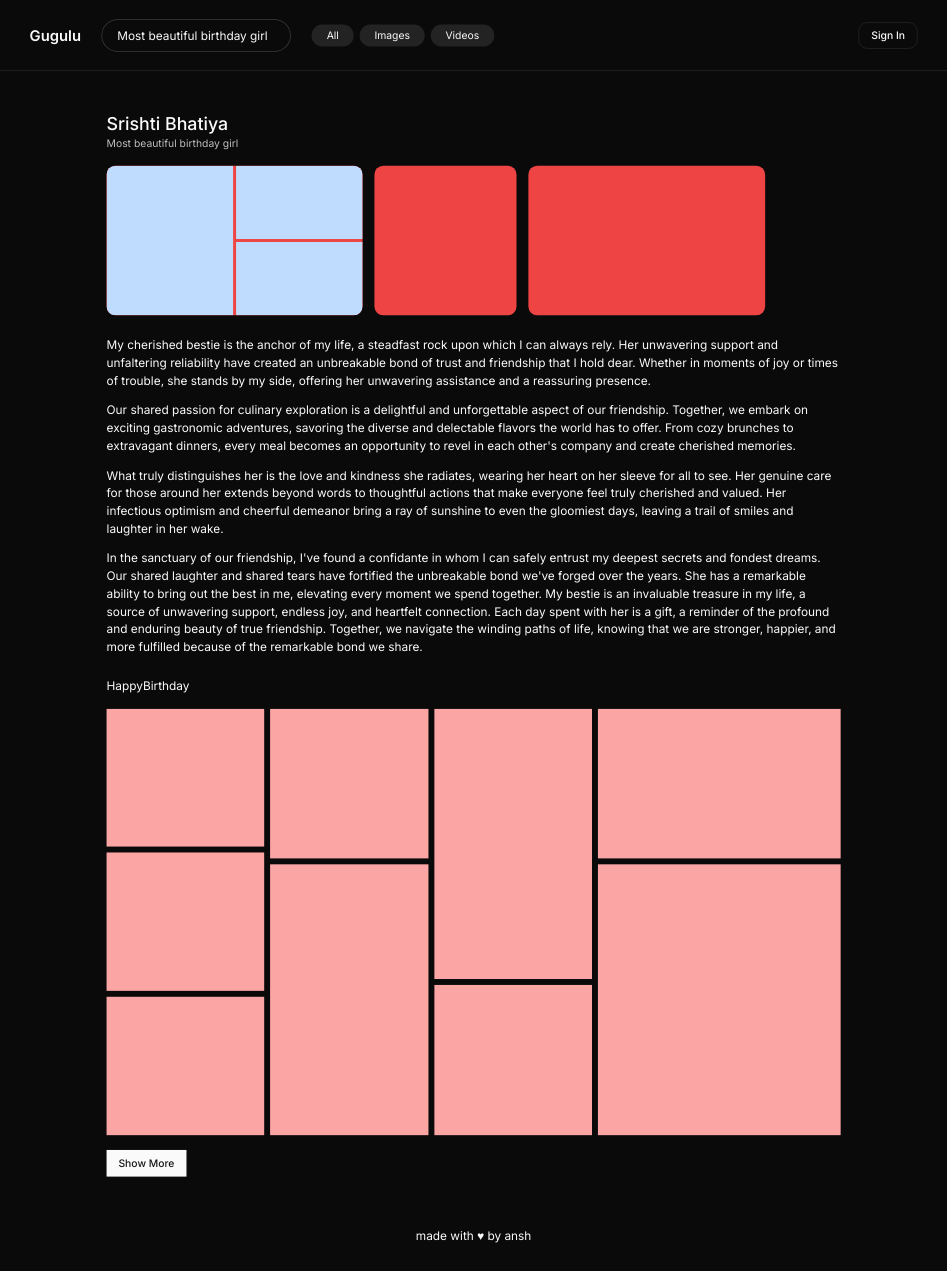
Repository: Harshgoel17/anshfinal
Page: /srishti
The author's editor kept a copy of each file at every save. The page is drawn from the files as they stood at one save, then again after the next save.
The browser window is 1280 px wide. The pictures show the whole page, at 74% of full size.
The project was rebuilt for these pictures with package versions that can differ from the ones it lists, and the page was loaded fresh each time. The framework's server and built-in components were replaced by stand-ins that run in the browser. Also part of the build but not shown: next.config.js.

Above is the page before, as saved 2023-10-06 17:14:36.

### app/layout.js
import "./globals.css";
import { Inter } from "next/font/google";

const inter = Inter({ subsets: ["latin"] });

export const metadata = {
  title: "Gugulu",
  description: "Generated by create next app",
};

export default function RootLayout({ children }) {
  return (
    <html lang="en">
      <body className={inter.className}>{children}</body>
    </html>
  );
}

### app/srishti/page.jsx
import Gallery from '@/components/Gallery'
import HappyBirthday from '@/components/HappyBirthday'
import Navbar from '@/components/Navbar'
import { Button } from '@/components/ui/button'
import React from 'react'

const page = () => {



  return (
    <div className='overflow-x-hidden'>
        <Navbar />
        <div className='py-14 px-36 gap-5 flex flex-col'>
            <div>
                <h1 className='text-2xl font-medium'>Srishti Bhatiya</h1>
                <p className='text-sm opacity-75'>Most beautiful birthday girl</p>
            </div>

            <div className='flex items-center gap-4'>
                <div className='bg-red-500 lg:w-[27vw] h-[28vh]  rounded-xl flex gap-1 overflow-hidden'>
                    <span className='bg-blue-200 w-[50%] h-full'></span>

                    <div className='flex flex-col gap-1 w-[50%] h-full'>
                        <span className='bg-blue-200 h-[50%] w-full'></span>
                        <span className='bg-blue-200 h-[50%] w-full'></span>
                    </div>
                </div>

                <div className='bg-red-500 lg:w-[15vw] h-[28vh]  rounded-xl flex gap-1 overflow-hidden'>

                </div>

                <div className='bg-red-500 lg:w-[25vw] h-[28vh]  rounded-xl flex gap-1 overflow-hidden'>

                </div>
            </div>

            <div className='text-lol py-2 flex flex-col gap-4'>
                <p>
                My cherished bestie is the anchor of my life, a steadfast rock upon which I can always rely. Her unwavering support and unfaltering reliability have created an unbreakable bond of trust and friendship that I hold dear. Whether in moments of joy or times of trouble, she stands by my side, offering her unwavering assistance and a reassuring presence.


                </p>

                <p>
                Our shared passion for culinary exploration is a delightful and unforgettable aspect of our friendship. Together, we embark on exciting gastronomic adventures, savoring the diverse and delectable flavors the world has to offer. From cozy brunches to extravagant dinners, every meal becomes an opportunity to revel in each other's company and create cherished memories.


                </p>

                <p>
                What truly distinguishes her is the love and kindness she radiates, wearing her heart on her sleeve for all to see. Her genuine care for those around her extends beyond words to thoughtful actions that make everyone feel truly cherished and valued. Her infectious optimism and cheerful demeanor bring a ray of sunshine to even the gloomiest days, leaving a trail of smiles and laughter in her wake.


                </p>

                <p>
                In the sanctuary of our friendship, I've found a confidante in whom I can safely entrust my deepest secrets and fondest dreams. Our shared laughter and shared tears have fortified the unbreakable bond we've forged over the years. She has a remarkable ability to bring out the best in me, elevating every moment we spend together. My bestie is an invaluable treasure in my life, a source of unwavering support, endless joy, and heartfelt connection. Each day spent with her is a gift, a reminder of the profound and enduring beauty of true friendship. Together, we navigate the winding paths of life, knowing that we are stronger, happier, and more fulfilled because of the remarkable bond we share.
                </p>
            </div>

            <HappyBirthday />

            <Gallery />




            <a href="/srishti/images">
                <Button >Show More</Button>
            </a>



            <div className='mt-12 mb-[-20px] text-center'>
                made with ♥ by ansh
            </div>
        </div>
    </div>
  )
}

export default page

### app/globals.css
@tailwind base;
@tailwind components;
@tailwind utilities;

@layer base {
  :root {
    --background: 0 0% 3.9%;
    --foreground: 0 0% 98%;

    --card: 0 0% 3.9%;
    --card-foreground: 0 0% 98%;

    --popover: 0 0% 3.9%;
    --popover-foreground: 0 0% 98%;

    --primary: 0 0% 98%;
    --primary-foreground: 0 0% 9%;

    --secondary: 0 0% 14.9%;
    --secondary-foreground: 0 0% 98%;

    --muted: 0 0% 14.9%;
    --muted-foreground: 0 0% 63.9%;

    --accent: 0 0% 14.9%;
    --accent-foreground: 0 0% 98%;

    --destructive: 0 62.8% 30.6%;
    --destructive-foreground: 0 0% 98%;

    --border: 0 0% 14.9%;
    --input: 0 0% 14.9%;
    --ring: 0 0% 83.1%;
  }

  .dark {
    --background: 0 0% 3.9%;
    --foreground: 0 0% 98%;

    --card: 0 0% 3.9%;
    --card-foreground: 0 0% 98%;

    --popover: 0 0% 3.9%;
    --popover-foreground: 0 0% 98%;

    --primary: 0 0% 98%;
    --primary-foreground: 0 0% 9%;

    --secondary: 0 0% 14.9%;
    --secondary-foreground: 0 0% 98%;

    --muted: 0 0% 14.9%;
    --muted-foreground: 0 0% 63.9%;

    --accent: 0 0% 14.9%;
    --accent-foreground: 0 0% 98%;

    --destructive: 0 62.8% 30.6%;
    --destructive-foreground: 0 0% 98%;

    --border: 0 0% 14.9%;
    --input: 0 0% 14.9%;
    --ring: 0 0% 83.1%;
  }
}

@layer base {
  * {
    @apply border-border;
  }
  body {
    @apply bg-background text-foreground;
  }
}

### components/Gallery.jsx
import React from 'react'

const Gallery = () => {
  return (
    <div className='h-[80vh] flex gap-2'>
        <div className='grid grid-cols-3 gap-2 h-full w-full flex-[2]  '>
            <div className='flex flex-col h-full w-full  gap-2'>
                <span className='bg-red-300 w-full h-full'></span>
                <span className='bg-red-300 w-full h-full'></span>
                <span className='bg-red-300 w-full h-full'></span>
            </div>

            <div className='flex flex-col h-full w-full  gap-2'>
                <span className='bg-red-300 w-full h-full flex-1'></span>

                <span className='bg-red-300 w-full h-full flex-[1.8]'></span>
            </div>

            <div className='flex flex-col h-full w-full  gap-2'>
                <span className='bg-red-300 w-full h-full flex-[1.8]'></span>
                <span className='bg-red-300 w-full h-full flex-1'></span>

            </div>


        </div>

        <div className='flex h-full flex-col w-full flex-1 gap-2  '>
            <span className='bg-red-300 w-full h-full flex-1'></span>
            <span className='bg-red-300 w-full h-full flex-[1.8]'></span>
        </div>
    </div>
  )
}

export default Gallery

### components/HappyBirthday.jsx
import React from 'react'

const HappyBirthday = () => {
  return (
    <div>HappyBirthday</div>
  )
}

export default HappyBirthday

### components/Navbar.jsx
import React from 'react'
import { Button } from "@/components/ui/button";

const Navbar = () => {
  return (
    <div className='flex h-24 w-screen items-center justify-between border-b px-10'>
        <div className='flex gap-7 items-center'>
            <h1 className='text-xl font-semibold'>Gugulu</h1>
            <input type="text" className="bg-background border border-foreground/20 rounded-full h-11 w-[20vw] px-5" value={'Most beautiful birthday girl'}/>

            <div className='flex items-center justify-center gap-2 text-sm'>
                <a href='/srishti' className='rounded-full bg-foreground/10 px-5 py-[5px] cursor-pointer'>All</a>
                <a href='/srishti/images' className='rounded-full bg-foreground/10 px-5 py-[5px] cursor-pointer'>Images</a>
                <a href='/srishti/videos' className='rounded-full bg-foreground/10 px-5 py-[5px] cursor-pointer'>Videos</a>
                {/*  */}
            </div>
        </div>
        <div className='flex items-center gap-6'>
            <Button variant="outline" className="rounded-xl" >Sign In</Button>
        </div>
    </div>
  )
}

export default Navbar

### components/ui/button.jsx
import * as React from "react"
import { Slot } from "@radix-ui/react-slot"
import { cva } from "class-variance-authority";

import { cn } from "@/lib/utils"

const buttonVariants = cva(
  "inline-flex items-center justify-center rounded-md text-sm font-medium transition-colors focus-visible:outline-none focus-visible:ring-1 focus-visible:ring-ring disabled:pointer-events-none disabled:opacity-50",
  {
    variants: {
      variant: {
        default:
          "bg-primary text-primary-foreground shadow hover:bg-primary/90",
        destructive:
          "bg-destructive text-destructive-foreground shadow-sm hover:bg-destructive/90",
        outline:
          "border border-input bg-transparent shadow-sm hover:bg-accent hover:text-accent-foreground",
        secondary:
          "bg-secondary text-secondary-foreground shadow-sm hover:bg-secondary/80",
        ghost: "hover:bg-accent hover:text-accent-foreground",
        link: "text-primary underline-offset-4 hover:underline",
      },
      size: {
        default: "h-9 px-4 py-2",
        sm: "h-8 rounded-md px-3 text-xs",
        lg: "h-10 rounded-md px-8",
        icon: "h-9 w-9",
      },
    },
    defaultVariants: {
      variant: "default",
      size: "default",
    },
  }
)

const Button = React.forwardRef(({ className, variant, size, asChild = false, ...props }, ref) => {
  const Comp = asChild ? Slot : "button"
  return (
    (<Comp
      className={cn(buttonVariants({ variant, size, className }))}
      ref={ref}
      {...props} />)
  );
})
Button.displayName = "Button"

export { Button, buttonVariants }

Loaded but not shown: lib/utils.js (common file); tailwind.config.js (common file)

After the next save:
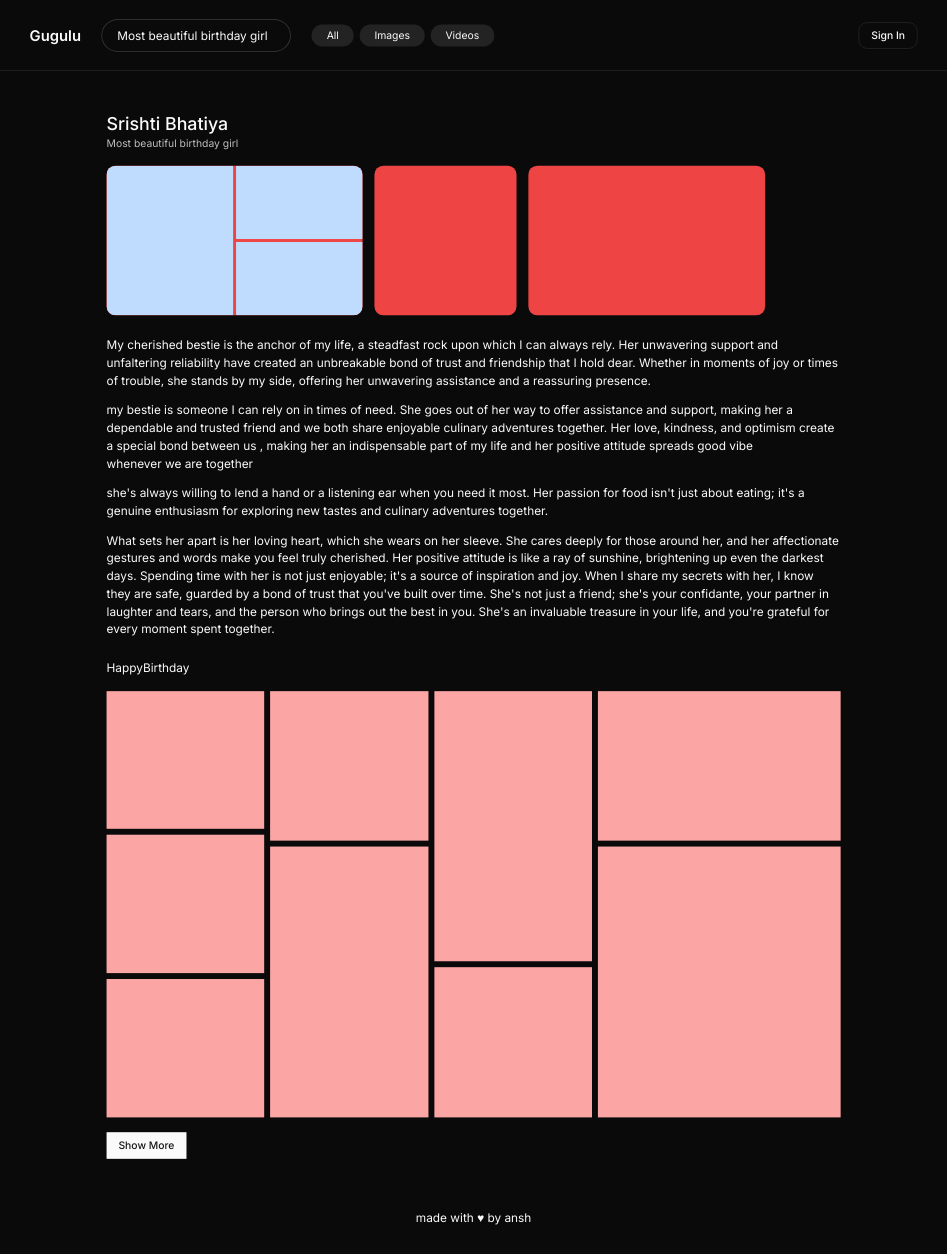
Saved 25 s later.
--- a/app/srishti/page.jsx
+++ b/app/srishti/page.jsx
@@ -44,19 +44,21 @@ const page = () => {
                 </p>
 
                 <p>
-                Our shared passion for culinary exploration is a delightful and unforgettable aspect of our friendship. Together, we embark on exciting gastronomic adventures, savoring the diverse and delectable flavors the world has to offer. From cozy brunches to extravagant dinners, every meal becomes an opportunity to revel in each other's company and create cherished memories.
+                my bestie is someone I can rely on in times of need. She goes out of her way to offer assistance and support, making her a dependable and trusted friend and we both share enjoyable culinary adventures together. Her love, kindness, and optimism create a special bond between us , making her an indispensable part of my life and her positive attitude spreads good vibe whenever we are together
 
 
                 </p>
 
                 <p>
-                What truly distinguishes her is the love and kindness she radiates, wearing her heart on her sleeve for all to see. Her genuine care for those around her extends beyond words to thoughtful actions that make everyone feel truly cherished and valued. Her infectious optimism and cheerful demeanor bring a ray of sunshine to even the gloomiest days, leaving a trail of smiles and laughter in her wake.
+                she's always willing to lend a hand or a listening ear when you need it most. Her passion for food isn't just about eating; it's a genuine enthusiasm for exploring new tastes and culinary adventures together.
+
 
 
                 </p>
 
                 <p>
-                In the sanctuary of our friendship, I've found a confidante in whom I can safely entrust my deepest secrets and fondest dreams. Our shared laughter and shared tears have fortified the unbreakable bond we've forged over the years. She has a remarkable ability to bring out the best in me, elevating every moment we spend together. My bestie is an invaluable treasure in my life, a source of unwavering support, endless joy, and heartfelt connection. Each day spent with her is a gift, a reminder of the profound and enduring beauty of true friendship. Together, we navigate the winding paths of life, knowing that we are stronger, happier, and more fulfilled because of the remarkable bond we share.
+                What sets her apart is her loving heart, which she wears on her sleeve. She cares deeply for those around her, and her affectionate gestures and words make you feel truly cherished. Her positive attitude is like a ray of sunshine, brightening up even the darkest days. Spending time with her is not just enjoyable; it's a source of inspiration and joy.
+When I share my secrets with her, I know they are safe, guarded by a bond of trust that you've built over time. She's not just a friend; she's your confidante, your partner in laughter and tears, and the person who brings out the best in you. She's an invaluable treasure in your life, and you're grateful for every moment spent together.
                 </p>
             </div>
 
